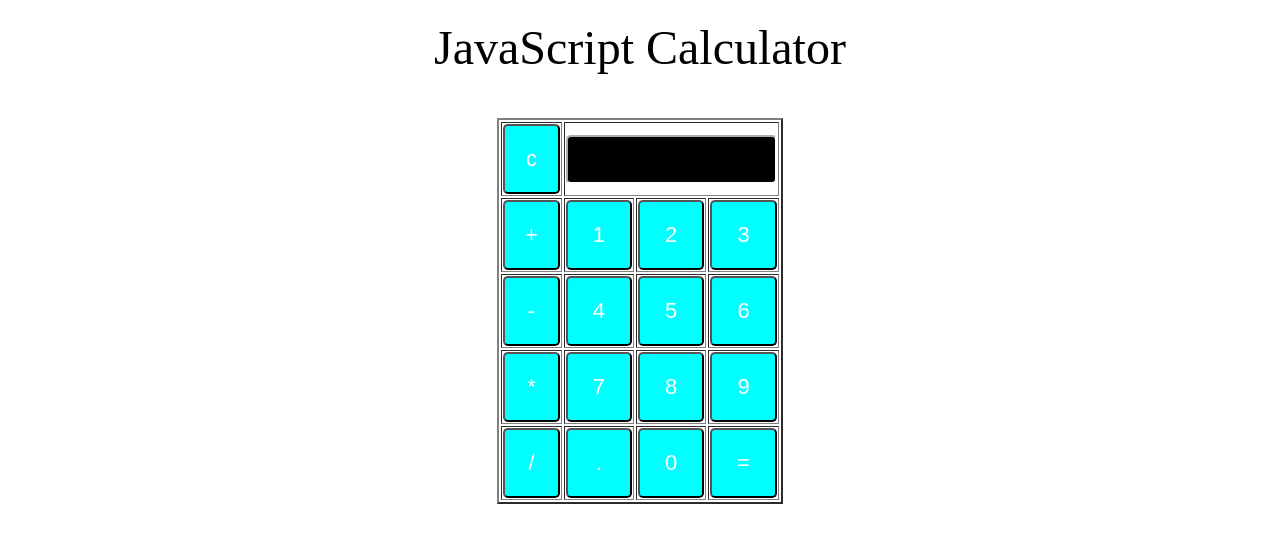
Repository: spidero7/Simple-Calculator
Page: index.html
The author's editor kept a copy of each file at every save. The page is drawn from the files as they stood at one save, then again after a run of saves.
The browser window is 1280 px wide. The pictures show the whole page.

Above is the page before, as saved 2021-09-15 07:29:30.

### index.html
<!DOCTYPE html>
<html lang="en">
<head>
    <meta charset="UTF-8">
    <meta http-equiv="X-UA-Compatible" content="IE=edge">
    <meta name="viewport" content="width=device-width, initial-scale=1.0">
    <title>Calculator</title>
    <link rel="stylesheet" href="style.css">
</head>
<body>
    <div class="container">
        <div class="title">JavaScript Calculator</div>
        <div class="calculator-container">
            <table border="2">
                <tr>
                    <td><input type="button" value="c" onclick="clr()"/></td>
                    <td colspan="3"><input type="text" id="textvalue"/></td>
                </tr>
                <tr>
                    <td><input type="button" value="+" onclick="display('+')"/></td>
                    <td><input type="button" value="1" onclick="display('1')"/></td>
                    <td><input type="button" value="2" onclick="display('2')"/></td>
                    <td><input type="button" value="3" onclick="display('3')"/></td>
                </tr>
                <tr>
                    <td><input type="button" value="-" onclick="display('-')"/></td>
                    <td><input type="button" value="4" onclick="display('4')"/></td>
                    <td><input type="button" value="5" onclick="display('5')"/></td>
                    <td><input type="button" value="6" onclick="display('6')"/></td>
                </tr>
                <tr>
                    <td><input type="button" value="*" onclick="display('*')"/></td>
                    <td><input type="button" value="7" onclick="display('7')"/></td>
                    <td><input type="button" value="8" onclick="display('8')"/></td>
                    <td><input type="button" value="9" onclick="display('9')"/></td>
                </tr>
                <tr>
                    <td><input type="button" value="/" onclick="display('/')"/></td>
                    <td><input type="button" value="." onclick="display('.')"/></td>
                    <td><input type="button" value="0" onclick="display('0')"/></td>
                    <td><input type="button" value="=" onclick="evaluate()"/></td>
                </tr>
            </table>
        </div>
    </div>
    <script src="app.js"></script>
</body>
</html>

### style.css
* {
    box-sizing: border-box;
}

body {
    margin: 0;
    padding: 0;
}

.calculator-container {
    display: flex;
    justify-content: center;
    align-items: center;
    width: 100vw;
    height: 60vh;
}

.title {
    text-align: center;
    margin: 20px;
    font-size: 3rem;
}

input[type="button"] {
    background-color: aqua;
    color: white;
    border-radius: 5px;
    border-color: black;
    width: 100%;
    padding: 20px;
    font-size: 22px;
    cursor: pointer;
}

input[type="text"] {
    border-radius: 5px;
    text-align: right;
    background-color: black;
    color: white;
    border-color: white;
    width: 100%;
    padding: 15px;
}

Loaded but not shown: app.js (no copy from this time; the picture is the same without it)

After the next 3 saves:
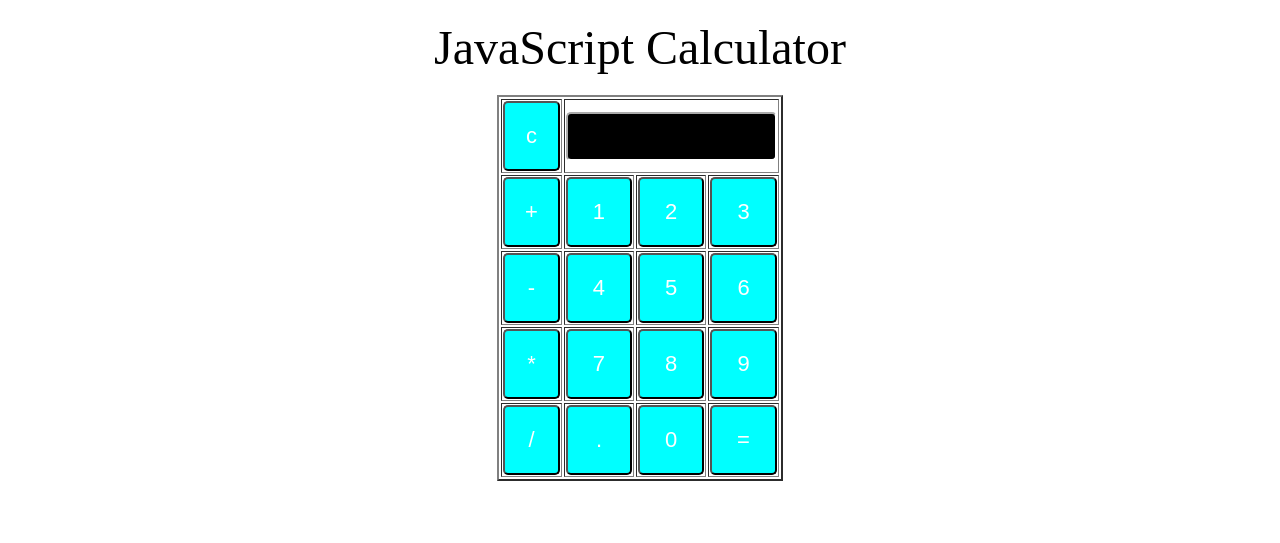
The 3 saves are shown as one change because they came seconds apart.
The last was saved 8 s later.
--- a/style.css
+++ b/style.css
@@ -13,6 +13,7 @@
     align-items: center;
     width: 100vw;
     height: 60vh;
+    max-height: fit-content;
 }
 
 .title {

After the 5 saves that followed:
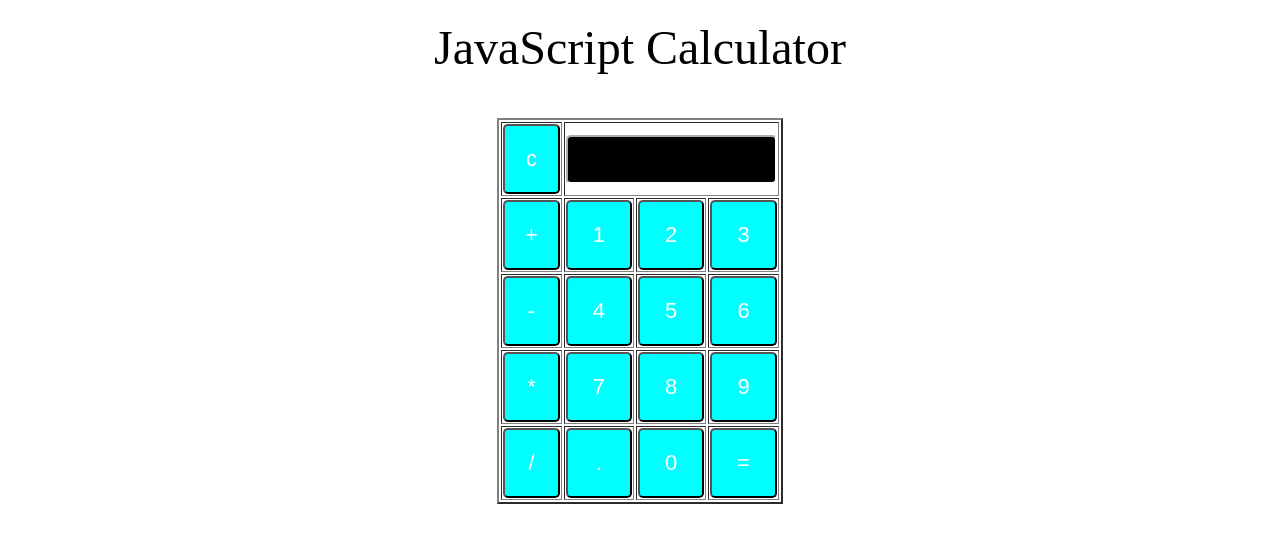
The 5 saves are shown as one change because 1 left the picture as it was and some came seconds apart.
The last was saved 29 s later.
--- a/style.css
+++ b/style.css
@@ -13,7 +13,7 @@
     align-items: center;
     width: 100vw;
     height: 60vh;
-    max-height: fit-content;
+    max-height: 600px;
 }
 
 .title {
